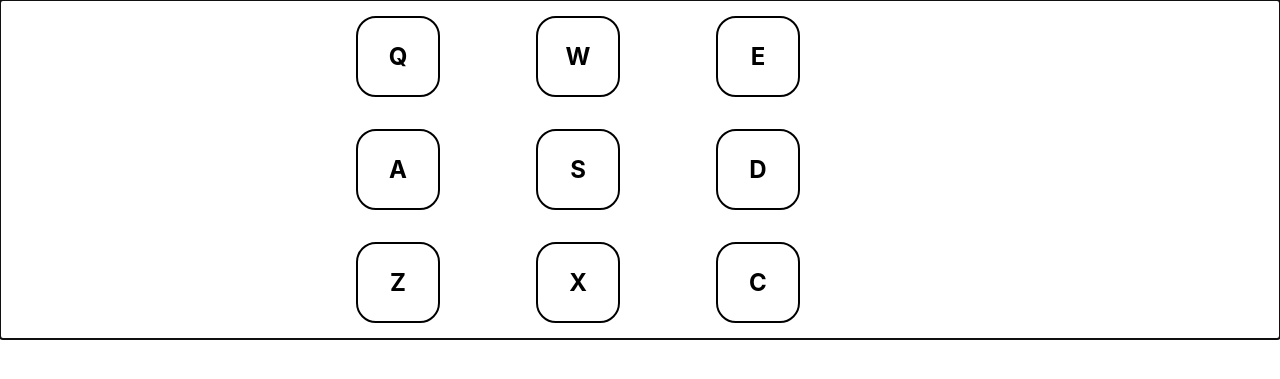
Repository: milac0/drum-machine
Page: /
The author's editor kept a copy of each file at every save. The page is drawn from the files as they stood at one save, then again after the next save.
The browser window is 1280 px wide. The pictures show the whole page.
The project was rebuilt for these pictures with package versions that can differ from the ones it lists, and the page was loaded fresh each time.

Above is the page before, as saved 2019-10-25 17:37:57.

After the next save:
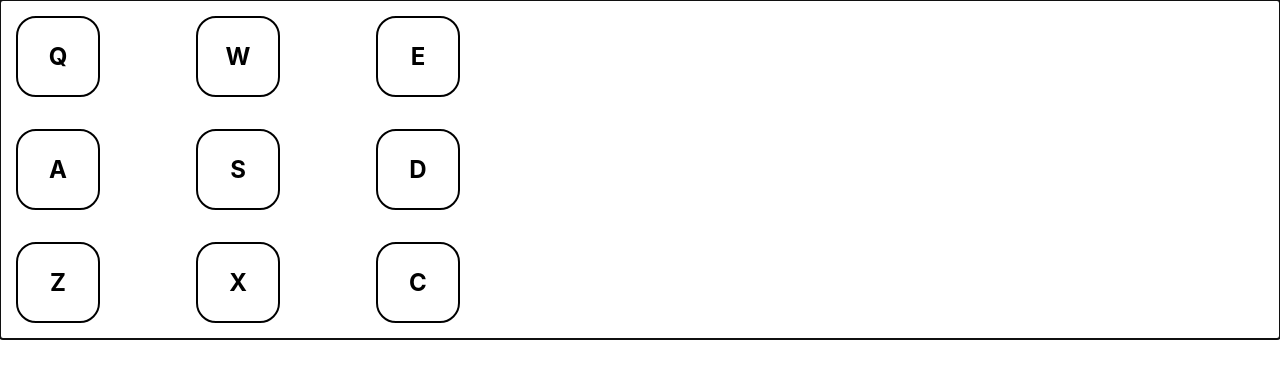
Saved 2 min 8 s later.
--- a/src/App.css
+++ b/src/App.css
@@ -1,6 +1,7 @@
 #drum-pads {
-  max-width: 600px;
-  margin: 0 auto;
+  /* max-width: 600px;
+  margin: 0 auto; */
+  text-align: center;
   display: grid;
   grid-template-columns: 180px 180px 180px;
 }

After the 2 saves that followed:
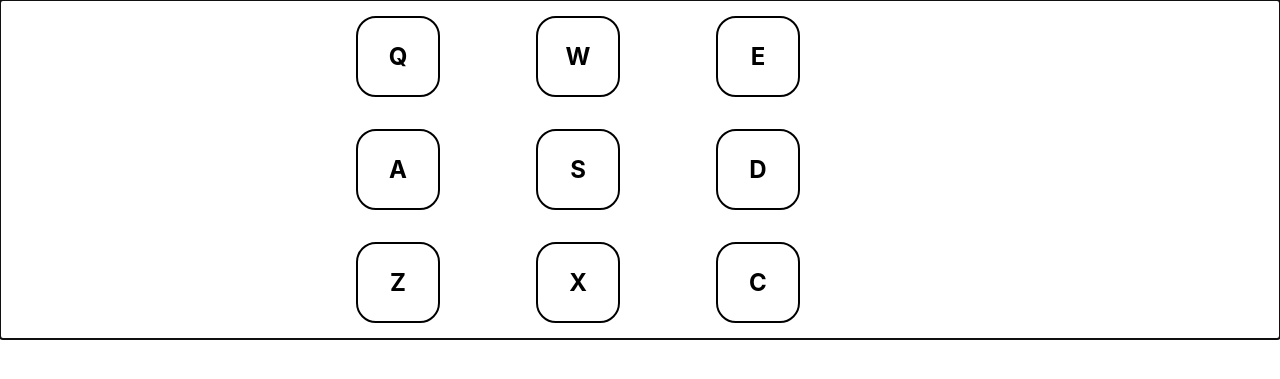
The 2 saves are shown as one change because 1 left the picture as it was.
The last was saved 19 s later.
--- a/src/App.css
+++ b/src/App.css
@@ -1,7 +1,6 @@
 #drum-pads {
-  /* max-width: 600px;
-  margin: 0 auto; */
-  text-align: center;
+  max-width: 600px;
+  margin: 0 auto;
   display: grid;
   grid-template-columns: 180px 180px 180px;
 }
